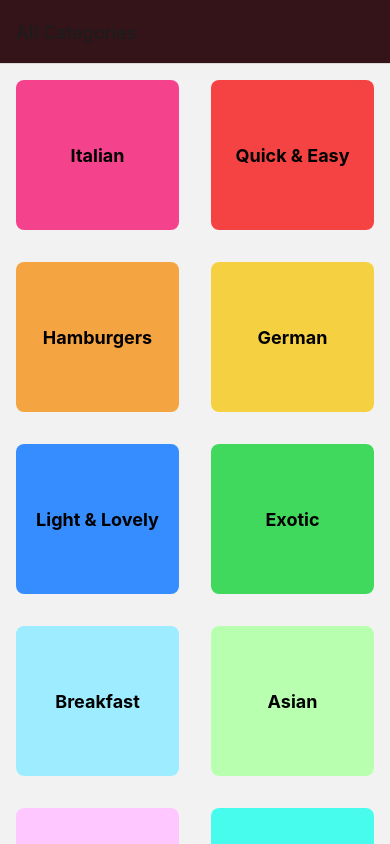
Repository: SyLe-Van/Food-Category-App
Screen: /MealsCategories
An editor plug-in stored every save of this project. The screen is shown before and after the next save, followed by the edit.
An inner scrolling area shows only its first screen. The app was drawn by React Native's web renderer in a window 390 px wide. The project was rebuilt for these pictures with package versions that can differ from the ones it lists, and the page was loaded fresh each time. Also part of the build but not shown: components/MealItem.js, screens/MealsOverViewScreen.js.

Above is the screen before, as saved 2024-02-19 14:41:10.

### App.js
import { StatusBar } from "expo-status-bar";
import { StyleSheet } from "react-native";
import { NavigationContainer } from "@react-navigation/native";
import { createNativeStackNavigator } from "@react-navigation/native-stack";

import CategoriesScreen from "./screens/CategoriesScreen";
import MealsOverviewScreen from "./screens/MealsOverViewScreen";

const Stack = createNativeStackNavigator();

export default function App() {
  return (
    <>
      <StatusBar style="dark" />
      <NavigationContainer>
        <Stack.Navigator>
          <Stack.Screen
            name="MealsCategories"
            component={CategoriesScreen}
            options={{
              title: "All Categories",
              headerStyle: {
                backgroundColor: "#351419",
              },
            }}
          />
          <Stack.Screen name="MealsOverview" component={MealsOverviewScreen} />
        </Stack.Navigator>
      </NavigationContainer>
    </>
  );
}

const styles = StyleSheet.create({
  container: {
    flex: 1,
    backgroundColor: "#fff",
    alignItems: "center",
    justifyContent: "center",
  },
});

### screens/CategoriesScreen.js
import { FlatList } from "react-native";
import { CATEGORIES } from "../data/dummy-data";
import CategoryGridTile from "../components/CategoryGridTile";

function CategoriesScreen({ navigation }) {
  function renderCategoryItem(itemData) {
    function pressHandler() {
      navigation.navigate("MealsOverview", {
        categoryId: itemData.item.id,
      });
    }
    return (
      <CategoryGridTile
        title={itemData.item.title}
        color={itemData.item.color}
        onPress={pressHandler}
      />
    );
  }
  return (
    <FlatList
      data={CATEGORIES}
      keyExtractor={(item) => item.id}
      renderItem={renderCategoryItem}
      numColumns={2}
    />
  );
}
export default CategoriesScreen;

### data/dummy-data.js
import Category from "../models/category";
import Meal from "../models/meal";

export const CATEGORIES = [
  new Category("c1", "Italian", "#f5428d"),
  new Category("c2", "Quick & Easy", "#f54242"),
  new Category("c3", "Hamburgers", "#f5a442"),
  new Category("c4", "German", "#f5d142"),
  new Category("c5", "Light & Lovely", "#368dff"),
  new Category("c6", "Exotic", "#41d95d"),
  new Category("c7", "Breakfast", "#9eecff"),
  new Category("c8", "Asian", "#b9ffb0"),
  new Category("c9", "French", "#ffc7ff"),
  new Category("c10", "Summer", "#47fced"),
];

export const MEALS = [
  new Meal(
    "m1",
    ["c1", "c2"],
    "Spaghetti with Tomato Sauce",
    "affordable",
    "simple",
    "https://upload.wikimedia.org/wikipedia/commons/thumb/2/20/Spaghetti_Bolognese_mit_Parmesan_oder_Grana_Padano.jpg/800px-Spaghetti_Bolognese_mit_Parmesan_oder_Grana_Padano.jpg",
    20,
    [
      "4 Tomatoes",
      "1 Tablespoon of Olive Oil",
      "1 Onion",
      "250g Spaghetti",
      "Spices",
      "Cheese (optional)",
    ],
    [
      "Cut the tomatoes and the onion into small pieces.",
      "Boil some water - add salt to it once it boils.",
      "Put the spaghetti into the boiling water - they should be done in about 10 to 12 minutes.",
      "In the meantime, heaten up some olive oil and add the cut onion.",
      "After 2 minutes, add the tomato pieces, salt, pepper and your other spices.",
      "The sauce will be done once the spaghetti are.",
      "Feel free to add some cheese on top of the finished dish.",
    ],
    false,
    true,
    true,
    true
  ),

  new Meal(
    "m2",
    ["c2"],
    "Toast Hawaii",
    "affordable",
    "simple",
    "https://cdn.pixabay.com/photo/2018/07/11/21/51/toast-3532016_1280.jpg",
    10,
    [
      "1 Slice White Bread",
      "1 Slice Ham",
      "1 Slice Pineapple",
      "1-2 Slices of Cheese",
      "Butter",
    ],
    [
      "Butter one side of the white bread",
      "Layer ham, the pineapple and cheese on the white bread",
      "Bake the toast for round about 10 minutes in the oven at 200°C",
    ],
    false,
    false,
    false,
    false
  ),

  new Meal(
    "m3",
    ["c3"],
    "Classic Hamburger",
    "pricey",
    "simple",
    "https://cdn.pixabay.com/photo/2014/10/23/18/05/burger-500054_1280.jpg",
    45,
    [
      "300g Cattle Hack",
      "1 Tomato",
      "1 Cucumber",
      "1 Onion",
      "Ketchup",
      "2 Burger Buns",
    ],
    [
      "Form 2 patties",
      "Fry the patties for c. 4 minutes on each side",
      "Quickly fry the buns for c. 1 minute on each side",
      "Bruch buns with ketchup",
      "Serve burger with tomato, cucumber and onion",
    ],
    false,
    false,
    false,
    true
  ),

  new Meal(
    "m4",
    ["c4"],
    "Wiener Schnitzel",
    "luxurious",
    "challenging",
    "https://cdn.pixabay.com/photo/2018/03/31/19/29/schnitzel-3279045_1280.jpg",
    60,
    [
      "8 Veal Cutlets",
      "4 Eggs",
      "200g Bread Crumbs",
      "100g Flour",
      "300ml Butter",
      "100g Vegetable Oil",
      "Salt",
      "Lemon Slices",
    ],
    [
      "Tenderize the veal to about 2–4mm, and salt on both sides.",
      "On a flat plate, stir the eggs briefly with a fork.",
      "Lightly coat the cutlets in flour then dip into the egg, and finally, coat in breadcrumbs.",
      "Heat the butter and oil in a large pan (allow the fat to get very hot) and fry the schnitzels until golden brown on both sides.",
      "Make sure to toss the pan regularly so that the schnitzels are surrounded by oil and the crumbing becomes ‘fluffy’.",
      "Remove, and drain on kitchen paper. Fry the parsley in the remaining oil and drain.",
      "Place the schnitzels on awarmed plate and serve garnishedwith parsley and slices of lemon.",
    ],
    false,
    false,
    false,
    false
  ),

  new Meal(
    "m5",
    ["c2", "c5", "c10"],
    "Salad with Smoked Salmon",
    "luxurious",
    "simple",
    "https://cdn.pixabay.com/photo/2016/10/25/13/29/smoked-salmon-salad-1768890_1280.jpg",
    15,
    [
      "Arugula",
      "Lamb's Lettuce",
      "Parsley",
      "Fennel",
      "200g Smoked Salmon",
      "Mustard",
      "Balsamic Vinegar",
      "Olive Oil",
      "Salt and Pepper",
    ],
    [
      "Wash and cut salad and herbs",
      "Dice the salmon",
      "Process mustard, vinegar and olive oil into a dessing",
      "Prepare the salad",
      "Add salmon cubes and dressing",
    ],
    true,
    false,
    true,
    true
  ),

  new Meal(
    "m6",
    ["c6", "c10"],
    "Delicious Orange Mousse",
    "affordable",
    "hard",
    "https://cdn.pixabay.com/photo/2017/05/01/05/18/pastry-2274750_1280.jpg",
    240,
    [
      "4 Sheets of Gelatine",
      "150ml Orange Juice",
      "80g Sugar",
      "300g Yoghurt",
      "200g Cream",
      "Orange Peel",
    ],
    [
      "Dissolve gelatine in pot",
      "Add orange juice and sugar",
      "Take pot off the stove",
      "Add 2 tablespoons of yoghurt",
      "Stir gelatin under remaining yoghurt",
      "Cool everything down in the refrigerator",
      "Whip the cream and lift it under die orange mass",
      "Cool down again for at least 4 hours",
      "Serve with orange peel",
    ],
    true,
    false,
    true,
    false
  ),

  new Meal(
    "m7",
    ["c7"],
    "Pancakes",
    "affordable",
    "simple",
    "https://cdn.pixabay.com/photo/2018/07/10/21/23/pancake-3529653_1280.jpg",
    20,
    [
      "1 1/2 Cups all-purpose Flour",
      "3 1/2 Teaspoons Baking Powder",
      "1 Teaspoon Salt",
      "1 Tablespoon White Sugar",
      "1 1/4 cups Milk",
      "1 Egg",
      "3 Tablespoons Butter, melted",
    ],
    [
      "In a large bowl, sift together the flour, baking powder, salt and sugar.",
      "Make a well in the center and pour in the milk, egg and melted butter; mix until smooth.",
      "Heat a lightly oiled griddle or frying pan over medium high heat.",
      "Pour or scoop the batter onto the griddle, using approximately 1/4 cup for each pancake. Brown on both sides and serve hot.",
    ],
    true,
    false,
    true,
    false
  ),

  new Meal(
    "m8",
    ["c8"],
    "Creamy Indian Chicken Curry",
    "pricey",
    "challenging",
    "https://cdn.pixabay.com/photo/2018/06/18/16/05/indian-food-3482749_1280.jpg",
    35,
    [
      "4 Chicken Breasts",
      "1 Onion",
      "2 Cloves of Garlic",
      "1 Piece of Ginger",
      "4 Tablespoons Almonds",
      "1 Teaspoon Cayenne Pepper",
      "500ml Coconut Milk",
    ],
    [
      "Slice and fry the chicken breast",
      "Process onion, garlic and ginger into paste and sauté everything",
      "Add spices and stir fry",
      "Add chicken breast + 250ml of water and cook everything for 10 minutes",
      "Add coconut milk",
      "Serve with rice",
    ],
    true,
    false,
    false,
    true
  ),

  new Meal(
    "m9",
    ["c9"],
    "Chocolate Souffle",
    "affordable",
    "hard",
    "https://cdn.pixabay.com/photo/2014/08/07/21/07/souffle-412785_1280.jpg",
    45,
    [
      "1 Teaspoon melted Butter",
      "2 Tablespoons white Sugar",
      "2 Ounces 70% dark Chocolate, broken into pieces",
      "1 Tablespoon Butter",
      "1 Tablespoon all-purpose Flour",
      "4 1/3 tablespoons cold Milk",
      "1 Pinch Salt",
      "1 Pinch Cayenne Pepper",
      "1 Large Egg Yolk",
      "2 Large Egg Whites",
      "1 Pinch Cream of Tartar",
      "1 Tablespoon white Sugar",
    ],
    [
      "Preheat oven to 190°C. Line a rimmed baking sheet with parchment paper.",
      "Brush bottom and sides of 2 ramekins lightly with 1 teaspoon melted butter; cover bottom and sides right up to the rim.",
      "Add 1 tablespoon white sugar to ramekins. Rotate ramekins until sugar coats all surfaces.",
      "Place chocolate pieces in a metal mixing bowl.",
      "Place bowl over a pan of about 3 cups hot water over low heat.",
      "Melt 1 tablespoon butter in a skillet over medium heat. Sprinkle in flour. Whisk until flour is incorporated into butter and mixture thickens.",
      "Whisk in cold milk until mixture becomes smooth and thickens. Transfer mixture to bowl with melted chocolate.",
      "Add salt and cayenne pepper. Mix together thoroughly. Add egg yolk and mix to combine.",
      "Leave bowl above the hot (not simmering) water to keep chocolate warm while you whip the egg whites.",
      "Place 2 egg whites in a mixing bowl; add cream of tartar. Whisk until mixture begins to thicken and a drizzle from the whisk stays on the surface about 1 second before disappearing into the mix.",
      "Add 1/3 of sugar and whisk in. Whisk in a bit more sugar about 15 seconds.",
      "whisk in the rest of the sugar. Continue whisking until mixture is about as thick as shaving cream and holds soft peaks, 3 to 5 minutes.",
      "Transfer a little less than half of egg whites to chocolate.",
      "Mix until egg whites are thoroughly incorporated into the chocolate.",
      "Add the rest of the egg whites; gently fold into the chocolate with a spatula, lifting from the bottom and folding over.",
      "Stop mixing after the egg white disappears. Divide mixture between 2 prepared ramekins. Place ramekins on prepared baking sheet.",
      "Bake in preheated oven until scuffles are puffed and have risen above the top of the rims, 12 to 15 minutes.",
    ],
    true,
    false,
    true,
    false
  ),
  new Meal(
    "m10",
    ["c2", "c5", "c10"],
    "Asparagus Salad with Cherry Tomatoes",
    "luxurious",
    "simple",
    "https://cdn.pixabay.com/photo/2018/04/09/18/26/asparagus-3304997_1280.jpg",
    30,
    [
      "White and Green Asparagus",
      "30g Pine Nuts",
      "300g Cherry Tomatoes",
      "Salad",
      "Salt, Pepper and Olive Oil",
    ],
    [
      "Wash, peel and cut the asparagus",
      "Cook in salted water",
      "Salt and pepper the asparagus",
      "Roast the pine nuts",
      "Halve the tomatoes",
      "Mix with asparagus, salad and dressing",
      "Serve with Baguette",
    ],
    true,
    true,
    true,
    true
  ),
];

### components/CategoryGridTile.js
import { Pressable, View, Text, StyleSheet, Platform } from "react-native";
import { useNavigation } from "@react-navigation/native";
function CategoryGridItem({ title, color, onPress, Navigation }) {
  return (
    <View style={styles.gridItem}>
      <Pressable
        style={({ pressed }) => [
          styles.button,
          pressed ? styles.buttonPressed : null,
        ]}
        onPress={onPress}
      >
        <View style={[styles.innerContainer, { backgroundColor: color }]}>
          <Text style={styles.title}>{title}</Text>
        </View>
      </Pressable>
    </View>
  );
}
export default CategoryGridItem;

const styles = StyleSheet.create({
  gridItem: {
    flex: 1,
    margin: 16,
    height: 150,
    borderRadius: 8,
    backgroundColor: "white",
    shadowColor: "black",
    shadowOpacity: 0.25,
    shadowOffset: { width: 0, height: 2 },
    shadowOffset: 8,
    overflow: Platform.OS === "android" ? "hidden" : "visible",
  },
  button: {
    flex: 1,
  },
  buttonPressed: {
    opacity: 0.5,
  },
  innerContainer: {
    flex: 1,
    justifyContent: "center",
    padding: 16,
    alignItems: "center",
    borderRadius: 8,
  },
  title: {
    fontWeight: "bold",
    fontSize: 18,
  },
});

Loaded but not shown: models/category.js (common file); models/meal.js (common file)

After the next save:
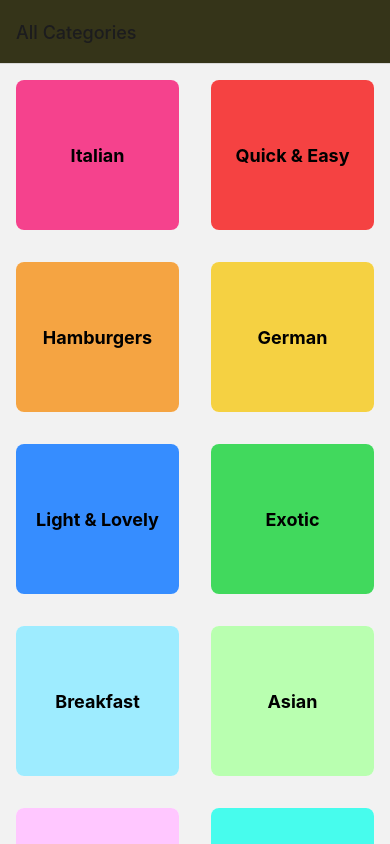
Saved 6 s later.
--- a/App.js
+++ b/App.js
@@ -20,7 +20,7 @@ export default function App() {
             options={{
               title: "All Categories",
               headerStyle: {
-                backgroundColor: "#351419",
+                backgroundColor: "#353419",
               },
             }}
           />
